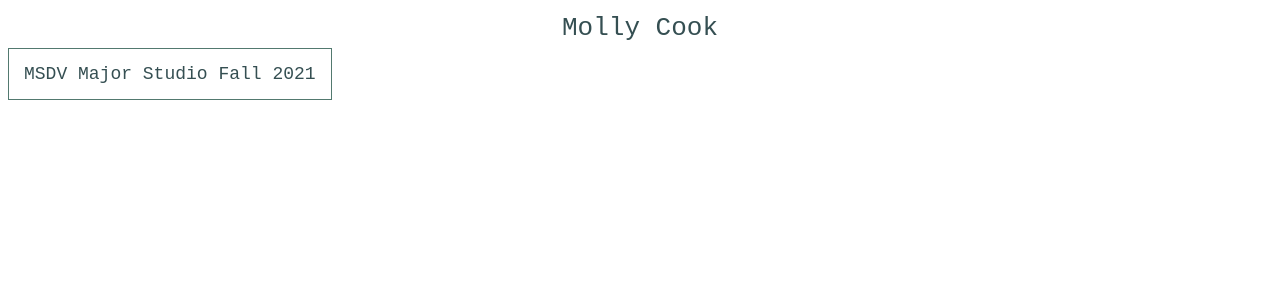
Repository: m0llyc00k/Major-studio-1
Page: index.html
The author's editor kept a record of every edit. The page is drawn from the files as they stood at one moment, then again after the next edit.
The browser window is 1280 px wide. The pictures show the whole page.

Above is the page before.

### index.html
<!DOCTYPE html>
<html lang="en">
    <head>
        <meta charset="UTF=8">
        <meta http=equiv="X-UA-Compatible" content="IE=edge">
        <meta name="viewport" content="width=device=width, initial-scale=1.0">
        <title>MSDV Portfolio</title>
          <link rel="stylesheet" href="style.css">
    </head>
<body>
    <h1> Molly Cook</h1>
    <h2>MSDV Major Studio Fall 2021</h2>

</body>

### style.css
a {
    background-color: #84a98c;
    padding: 20px;
    margin: 20px;
    text-decoration: none;
    color: white;
    border-radius: 5px;
    font-size: 18px;
}

h1 {
    display: block;
    text-align: center;
    margin:0 auto;
    color: #354f52;
    padding:5px;
    border:none;
    font-family: monospace;
    font-weight: 400;
}

h2 {
    color: #354f52;
    padding:15px;
    margin: 0 auto;
    border:1px solid #52796f;
    display: inline-block;
    text-align: center;
    font-family: monospace;
    font-weight: 400;
    font-size: 18px;




}

ul {
    text-align: center;
    font-family: monospace;
    font-size:12px;
    padding: 35px;
    margin: 20 auto;
    list-style-type: none;

}
li {
    padding: 30px;
}

a:hover {
        background: white;
        color: #84a98c;
        border: 1px solid #84a98c;

}
.fullPage {
        background: radial-gradient(circle farthest-side ,white, #84a98c);
        display: inline-block;
        text-align: center;
        margin: 0 auto;
        padding: 100px 200px 200px 200px;
        width: 100%;

}

After the next edit:
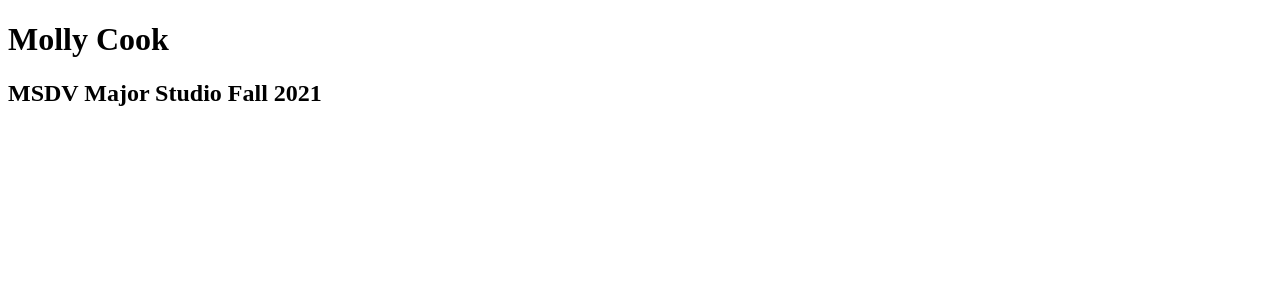
The edit:
--- a/index.html
+++ b/index.html
@@ -5,7 +5,6 @@
         <meta http=equiv="X-UA-Compatible" content="IE=edge">
         <meta name="viewport" content="width=device=width, initial-scale=1.0">
         <title>MSDV Portfolio</title>
-          <link rel="stylesheet" href="style.css">
     </head>
 <body>
     <h1> Molly Cook</h1>
